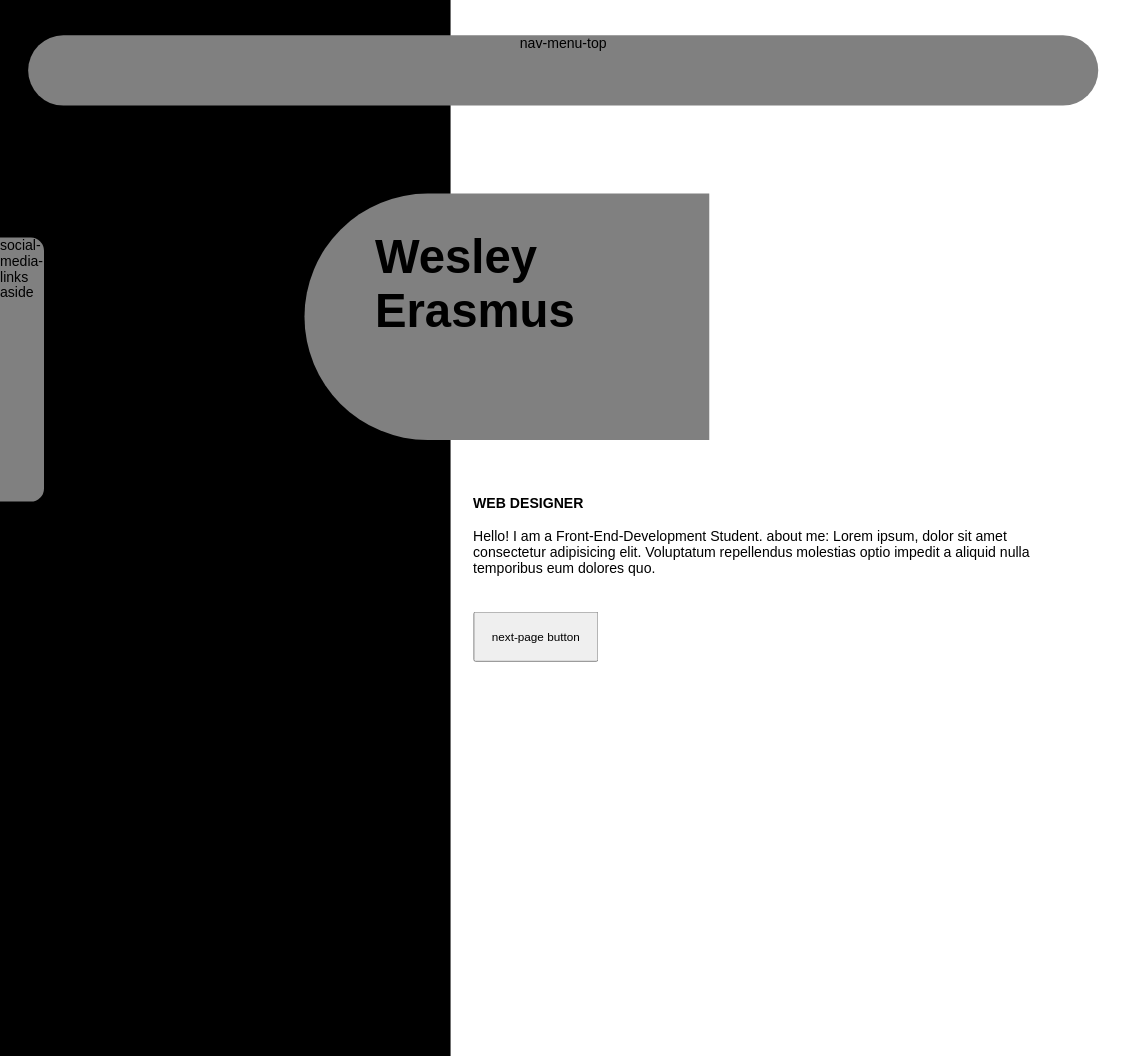
Repository: WesleyErasmus/MyDigitalResume-4
Page: index.html
An editor plug-in stored every save of this project. The page is shown before and after the next save, followed by the edit.
The browser window is 1280 px wide. The pictures show the whole page, at 88% of full size.

Above is the page before, as saved 2022-02-15 21:16:52.

### index.html
<!DOCTYPE html>
<html lang="en">
<head>
    <meta charset="UTF-8">
    <meta http-equiv="X-UA-Compatible" content="IE=edge">
    <meta name="viewport" content="width=device-width, initial-scale=1.0">
    <title>Wesley Erasmus Digital Resume 4 Project</title>
    <link rel="stylesheet" href="stylesheet.css">
</head>
<body>
    <!-- Landing page -->
    <header class="nav-menu-top">
        <!-- Name / Logo (jumbotron) / download CV / etc -->
        <p>nav-menu-top</p>
    </header>

    <aside class="self-portrait">
        <!-- creative image of myself -->
        <p>aside with large portrait image of myself</p>
    </aside>
    <nav class="social-media-links">
        <!-- side social media icons (float left / column direction) -->
        <p>social-media-links aside</p>
    </nav>
        <h1 class="name">
            <span class="name">
                Wesley
                <br>
                Erasmus
            </span>
        </h1>
        <!-- main bio; FED student / link to 2nd html page with CV content -->
     <article>
         <h4 ID="title">WEB DESIGNER</h4>
        <div class="about-me">
            <p>Hello! I am a Front-End-Development Student. about me: Lorem ipsum, dolor sit amet consectetur adipisicing elit. Voluptatum repellendus molestias optio impedit a aliquid nulla temporibus eum dolores quo.</p>
        </div>
        <button class="next-page">
            next-page button
        </button>
    </article>


</body>
</html>

### stylesheet.css

* {
    font-family: Arial, Helvetica, sans-serif;
    margin: 0;
    padding: 0;
}
@media screen
  and (min-device-width: 1200px)
  and (max-device-width: 1600px)
  and (-webkit-min-device-pixel-ratio: 1) {
}

body {
/* position: relative; */
}
header.nav-menu-top {
    position: relative;
    text-align: center;
    margin: 0 auto;
    width: 95%;
    height: 80px;
    border-radius: 50px;
    margin-top: 40px;
    background-color: grey;
}
aside.self-portrait {
    z-index: -1;
    background-color: black;
    position: absolute;
    /* position: fixed; */
    top: 0;
    left: 0;
    height: 1200px;
    width: 40%;
}
nav.social-media-links {
    position: relative;
    height: 300px;
    width: 50px;
    float: left;
    top: 150px;
    left: 0px;
    background-color: grey;
    border-radius: 0 15px 15px 0;
}
h1.name {
background-color: grey;
margin: 0 auto;
width: 300px;
height: 200px;
margin: 0;
position: absolute;
top: 50%;
left: 45%;
-ms-transform: translate(-50%, -50%);
transform: translate(-50%, -50%);
padding: 40px 80px 40px 80px;
font-size: 4.2vw;
border-radius:150px 0 0 150px;
}
span#name {
    margin: 0;
    top: 50%;
    /* centre text vertically */
}
article {
    width: 50%;
    left: 41%;
    position: absolute;
    height: 500px;
    top: 550px;
    padding: 1%;
}
h4#title {
    margin-bottom: 20px;
}
button.next-page {
    margin-top: 40px;
    padding: 3%;
}

After the next save:
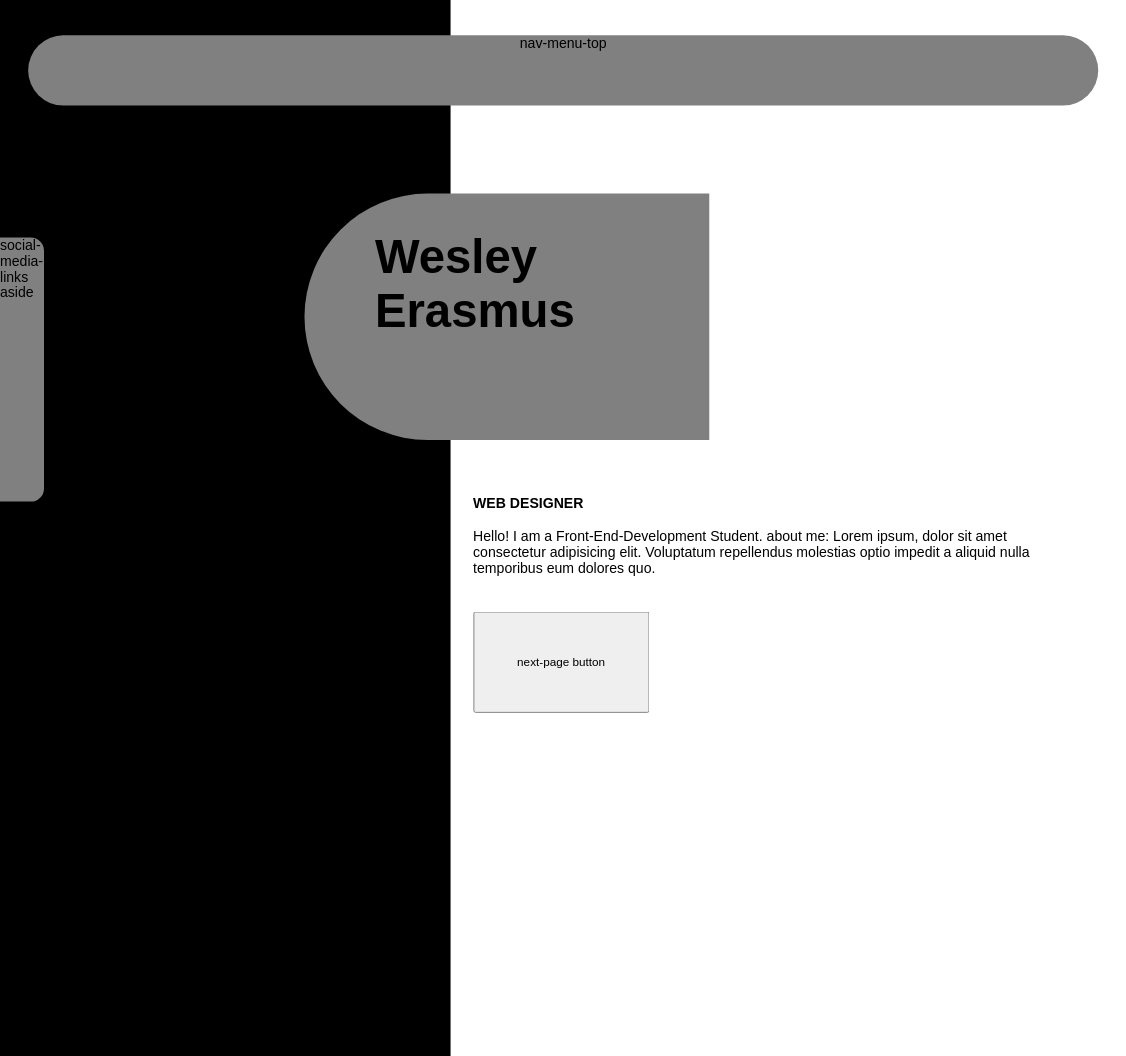
Saved 6 s later.
--- a/stylesheet.css
+++ b/stylesheet.css
@@ -76,5 +76,5 @@ h4#title {
 }
 button.next-page {
     margin-top: 40px;
-    padding: 3%;
+    padding: 3rem;
 }
